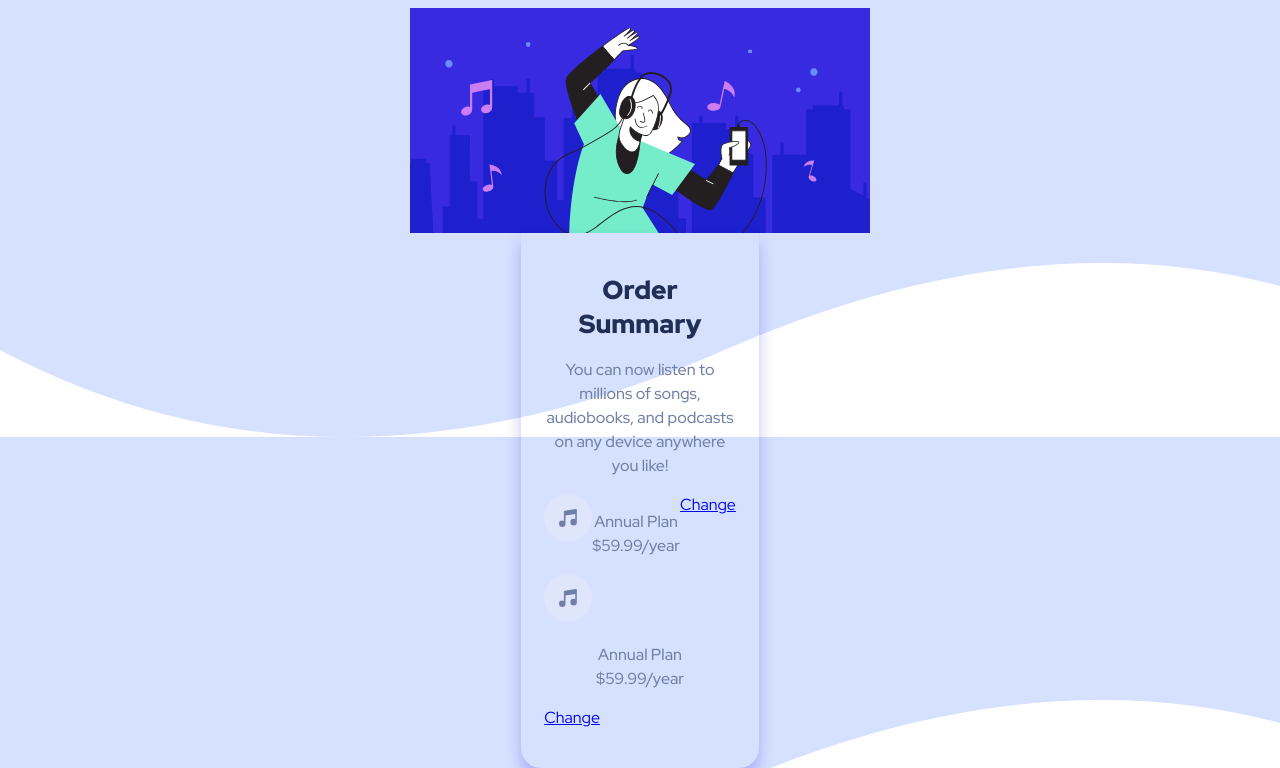
Repository: Pawan-pediredla/frontend-mentors
Page: order-summary-card/order-summary-component-main/markup/index.html
The author's editor kept a copy of each file at every save. The page is drawn from the files as they stood at one save, then again after the next save.
The browser window is 1280 px wide. The pictures show the whole page.

Above is the page before, as saved 2024-06-22 12:15:47.

After the next save:
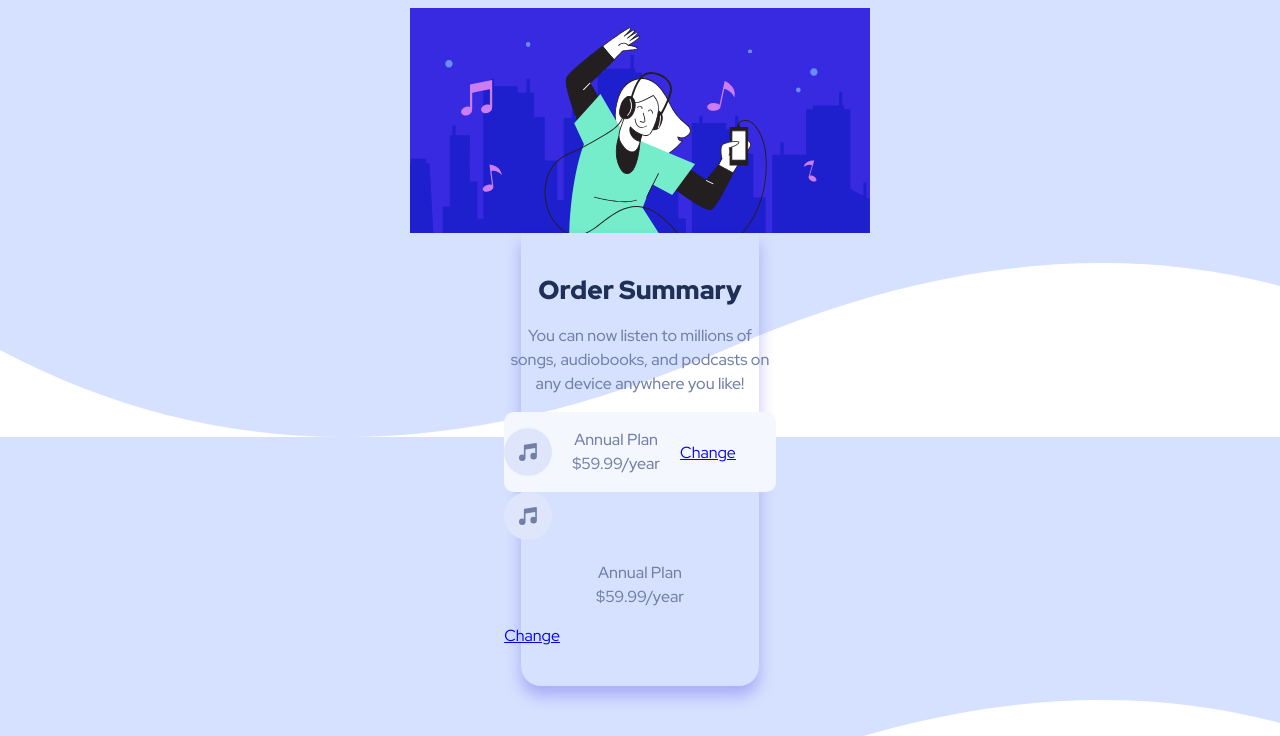
Saved 8 s later.
--- a/order-summary-card/order-summary-component-main/styling/index.css
+++ b/order-summary-card/order-summary-component-main/styling/index.css
@@ -62,5 +62,9 @@
   section.price{
     display: grid;
     grid-template-columns: repeat(5,1fr);
-
+    align-items: center;
+    gap: 20px;
+    width: 100%;
+    background: var(--very-pale-blue);
+    border-radius: 10px;
   }
